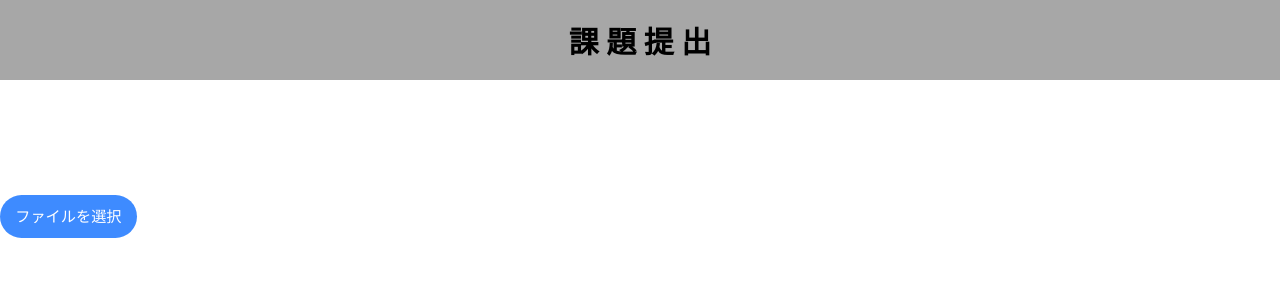
Repository: k-murakami18/canvas_v2
Page: submission.html
The author's editor kept a copy of each file at every save. The page is drawn from the files as they stood at one save, then again after the next save.
The browser window is 1280 px wide. The pictures show the whole page.

Above is the page before, as saved 2021-01-12 10:39:40.

After the next save:
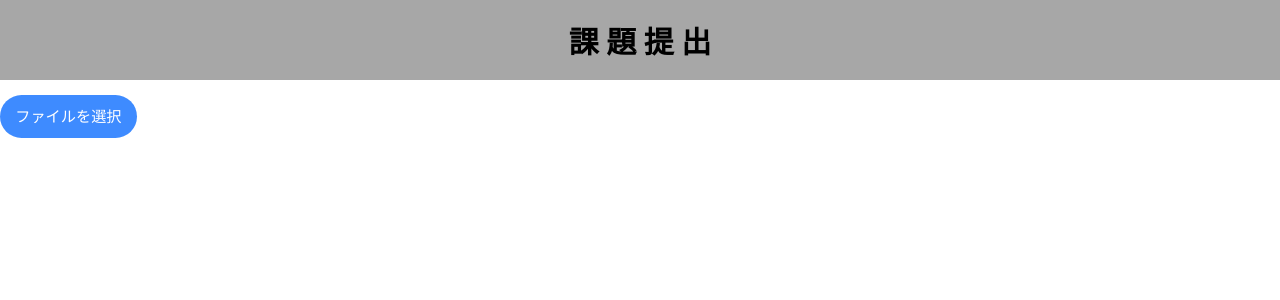
Saved 62 s later.
--- a/style.css
+++ b/style.css
@@ -24,7 +24,6 @@ body{
   background-color: #A7A7A7;
   justify-content: center; /*左右中央*/
   align-items: center; /*上下中央*/
-  margin-bottom: 100px;
   margin-left: 0;
   margin-right: 0;
 }
